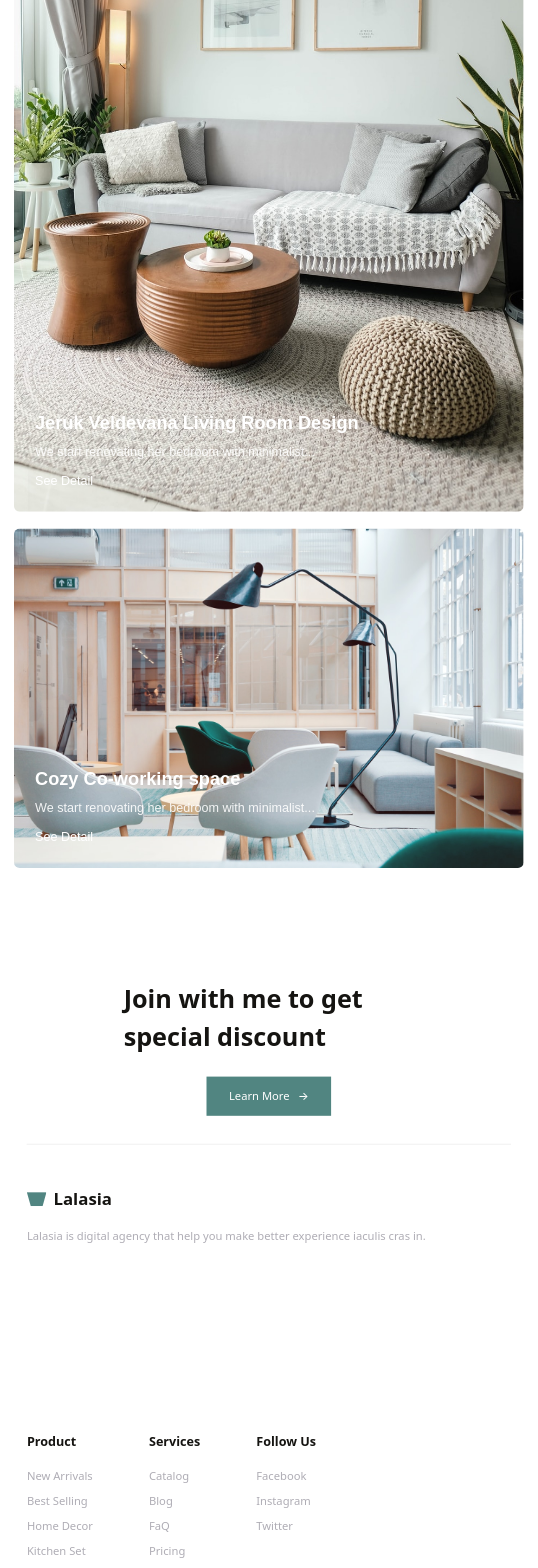
Repository: archis-academy/december-frontend-lalasia-2025
Page: /services
The author's editor kept a copy of each file at every save. The page is drawn from the files as they stood at one save, then again after the next save.
The browser window is 768 px wide. The pictures show the part of the page from y = 1370 to 3610 px (the page is 3610 px tall before and 3211 px after), at 70% of full size.
Some web fonts or font styles are not loaded; a fallback is used. The project was rebuilt for these pictures with package versions that can differ from the ones it lists, and the page was loaded fresh each time. Also part of the build but not shown: vite.config.ts, src/components/welcome/benefits.scss, src/components/welcome/benefitsd.tsx, src/components/Article/Article.module.scss, src/components/Article/ArticleCard.module.scss, src/components/CustomButton/CustomButton.tsx, src/components/Arrow/Arrow.tsx, src/components/Article/ArticleCard.tsx and 19 more.

Above is the page before, as saved 2026-01-27 00:26:27.

After the next save:
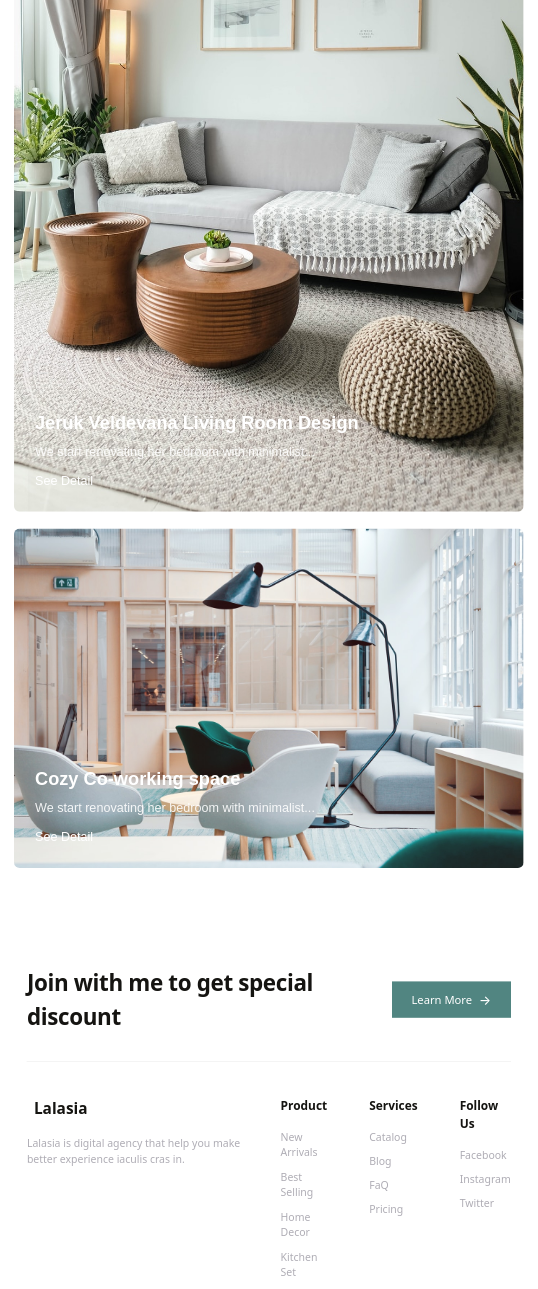
Saved 85 s later.
--- a/src/components/Footer/Footer.scss
+++ b/src/components/Footer/Footer.scss
@@ -1,71 +1,76 @@
 
-$green: #518581;
+$primary: #518581;
 $black: #151411;
 $gray: #afadb5;
 
 .footer-wrapper {
   width: 100%;
+  padding: 60px 0;
   background: #fff;
-  padding: 80px 0;
   display: flex;
   justify-content: center;
 
   .footer-container {
     width: 90%;
-    max-width: 1200px; // Sayfa çok genişlese de içeriği ortada tutar
+    max-width: 1100px; // Görseldeki sıkı görünüm için ideal genişlik
 
-    // Üst Bölüm
     .footer-cta {
       display: flex;
       justify-content: space-between;
       align-items: center;
-      padding-bottom: 40px;
+      margin-bottom: 40px;
 
       .cta-text {
-        font-size: 36px;
+        font-size: 32px;
         font-weight: 700;
         color: $black;
         margin: 0;
-        max-width: 60%; // Metnin butona çarpmasını engeller
+        letter-spacing: -0.5px;
       }
 
       .cta-btn {
-        background-color: $green;
-        color: white;
+        flex-shrink: 0; // Butonun sıkışmasını engeller
+        background-color: $primary;
+        color: #fff;
         border: none;
-        padding: 16px 32px;
+        padding: 14px 28px;
         font-size: 16px;
         font-weight: 500;
         cursor: pointer;
         display: flex;
         align-items: center;
-        gap: 12px;
-        transition: 0.3s cubic-bezier(0.175, 0.885, 0.32, 1.275);
+        gap: 10px;
+        transition: all 0.2s ease;
 
         &:hover {
-          background-color: darken($green, 10%);
-          transform: translateY(-2px);
+          background-color: darken($primary, 10%);
+          box-shadow: 0 5px 15px rgba(81, 133, 129, 0.2);
         }
 
         &:active {
-          transform: scale(0.95);
+          transform: scale(0.97); // Tıklama hissi
+        }
+
+        .arrow {
+          font-size: 18px;
+          line-height: 0;
         }
       }
     }
 
     .footer-line {
-      border: 0;
-      border-top: 1px solid #EAEAEA;
-      margin: 0 0 60px 0;
+      border: none;
+      border-top: 1px solid #f0f0f0;
+      margin-bottom: 50px;
     }
 
-    // Alt Bölüm
     .footer-main {
       display: flex;
       justify-content: space-between;
+      gap: 50px;
 
       .footer-brand {
-        flex: 0 0 300px; // Logo alanının genişliğini sabitledik
+        max-width: 320px;
 
         .brand-logo {
           display: flex;
@@ -73,15 +78,15 @@ $gray: #afadb5;
           gap: 10px;
           margin-bottom: 20px;
 
-          .logo-box {
-            width: 28px;
+          .logo-icon {
+            width: 30px;
             height: 20px;
-            background: $green;
-            clip-path: polygon(0% 0%, 100% 0%, 80% 100%, 20% 100%); // Küçük bir dekor
+            background: $primary;
+            // Buraya icon görselini mask-image olarak ekleyebilirsin
           }
 
           .logo-text {
-            font-size: 24px;
+            font-size: 22px;
             font-weight: 700;
             color: $black;
           }
@@ -89,35 +94,35 @@ $gray: #afadb5;
 
         .brand-desc {
           color: $gray;
-          line-height: 1.8;
-          font-size: 16px;
+          font-size: 15px;
+          line-height: 1.6;
         }
       }
 
       .footer-links-group {
         display: flex;
-        gap: 80px; // Sütunlar arası boşluk
+        gap: 60px;
 
         .link-col {
           display: flex;
           flex-direction: column;
 
           h4 {
-            font-size: 18px;
+            font-size: 17px;
             font-weight: 600;
-            margin: 0 0 24px 0;
             color: $black;
+            margin: 0 0 20px 0;
           }
 
           a {
+            color: $gray;
             text-decoration: none;
-            color: $gray;
+            font-size: 15px;
             margin-bottom: 12px;
-            font-size: 16px;
             transition: color 0.2s;
 
             &:hover {
-              color: $green;
+              color: $primary;
             }
           }
         }
@@ -125,23 +130,3 @@ $gray: #afadb5;
     }
   }
 }
-
-// Mobil Düzenleme
-@media (max-width: 992px) {
-  .footer-container {
-    .footer-cta {
-      flex-direction: column;
-      align-items: flex-start;
-      gap: 30px;
-      .cta-text { max-width: 100%; }
-    }
-    .footer-main {
-      flex-direction: column;
-      gap: 50px;
-      .footer-links-group {
-        gap: 40px;
-        flex-wrap: wrap;
-      }
-    }
-  }
-}
